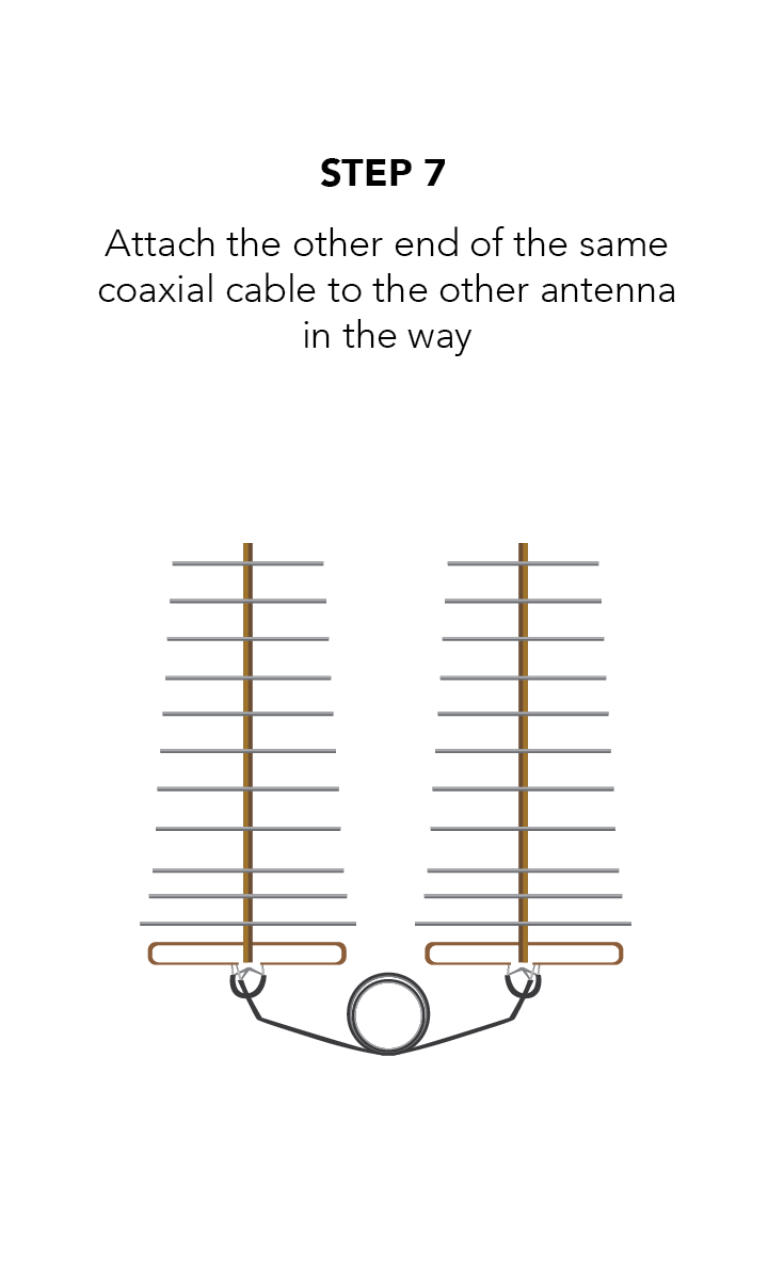
Repository: sbobhate/Android-Applications
Layout: EWBProject/res/layout/fragment_page8.xml
An editor plug-in stored every save of this project. The layout is shown before and after the next save, followed by the edit.
It is drawn on a 768 x 1280 px phone screen (xhdpi) without system bars, with theme AppTheme; the app's code is not run.

Above is the layout before, as saved 2014-02-22 14:42:41.

After the next save:
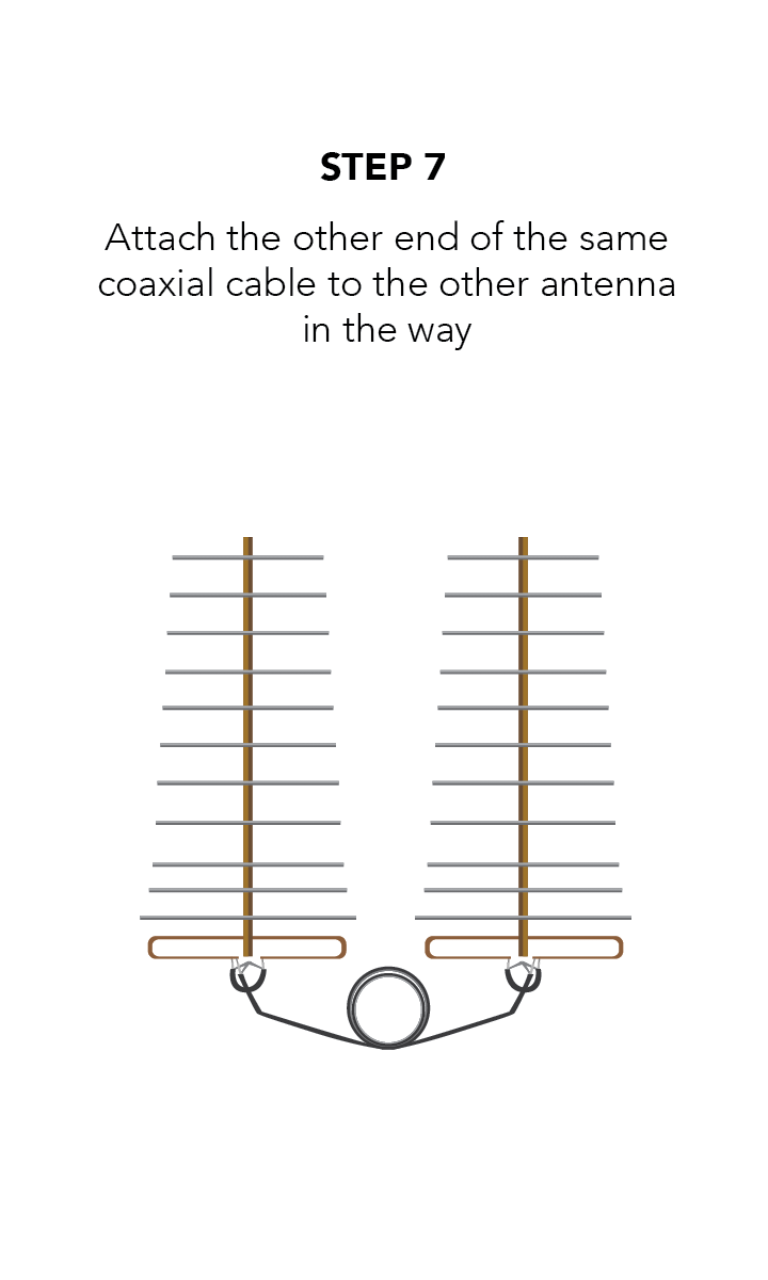
Saved 3 min 39 s later.
--- a/EWBProject/res/layout/fragment_page8.xml
+++ b/EWBProject/res/layout/fragment_page8.xml
@@ -9,7 +9,7 @@
         android:contentDescription="@string/step7_tutorial"
         android:layout_width="fill_parent"
         android:layout_height="wrap_content"
-        android:layout_marginTop="45dp"
+        android:layout_marginTop="42dp"
         />
 
     <ImageView
